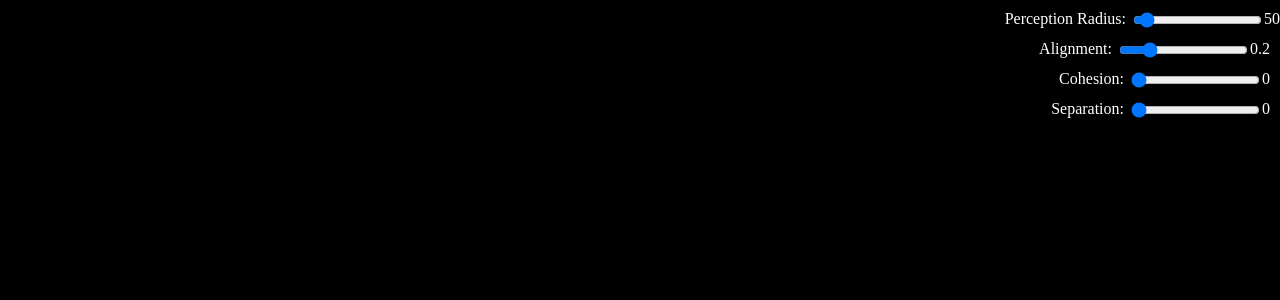
Repository: eltonsampaio12/boids
Page: index.html
These files come from the project's save history. The page is drawn as it stood at one moment and after the next save; the edit follows.
The browser window is 1280 px wide. The pictures show the whole page.

Above is the page before, as saved 2024-01-30 01:09:59.
Not found: main.ts

After the next save:
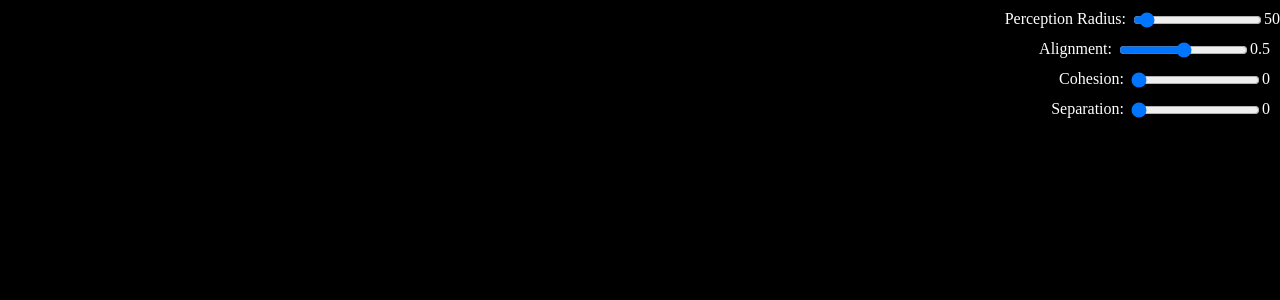
Saved 11 h 46 min later.
--- a/index.html
+++ b/index.html
@@ -58,10 +58,10 @@
         id="alignmentSlider"
         min="0"
         max="1"
-        value="0.2"
+        value="0.5"
         step="0.01"
       />
-      <span class="parameterValue" id="alignmentValue">0.2</span>
+      <span class="parameterValue" id="alignmentValue">0.5</span>
     </div>
 
     <div class="parameterParent">
